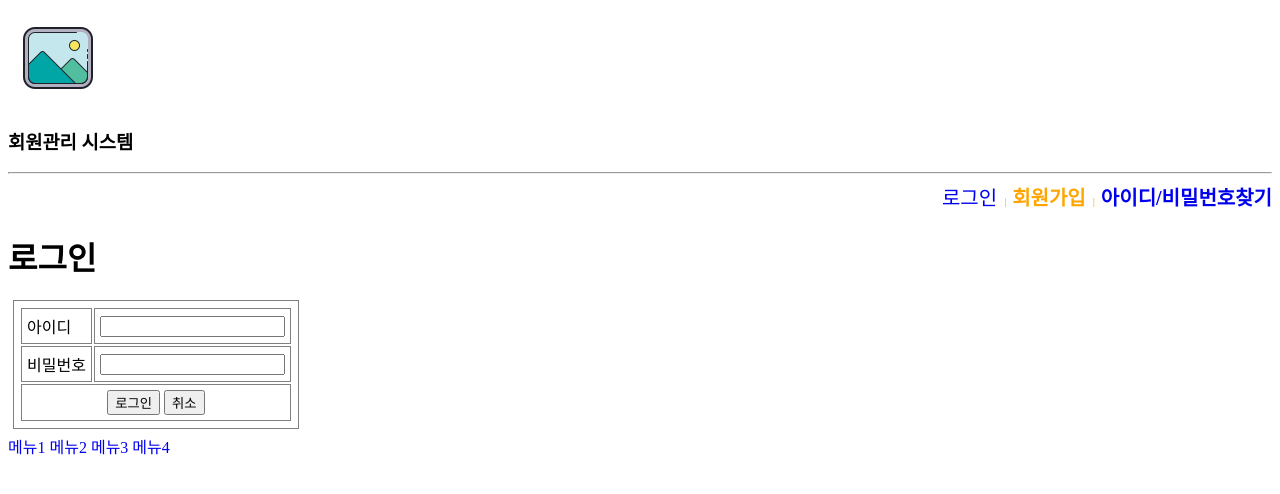
Repository: jelly02/workspace_web
Page: 04.css_basic/src/main/webapp/login.html
These files come from the project's save history. The page is drawn as it stood at one moment and after the next save; the edit follows.
The browser window is 1280 px wide. The pictures show the whole page.
The pointer rests on the first visible `a`.

Above is the page before, as saved 2021-06-28 02:37:24.

After the next save:
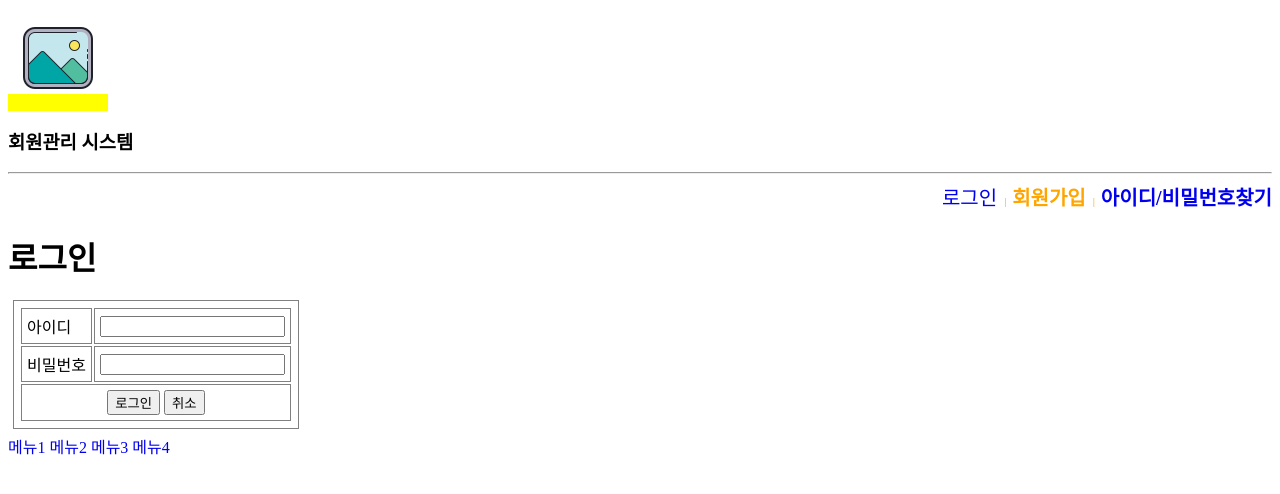
Saved 19 s later.
--- a/04.css_basic/src/main/webapp/login.html
+++ b/04.css_basic/src/main/webapp/login.html
@@ -21,7 +21,7 @@
 			a:link {text-decoration: none;  }
 			a:active{text-decoration: underline; color : red;   }
 			a:visited {text-decoration: none;  color : purple; }
-			a:hover {text-decoration: none;  }
+			a:hover {text-decoration: none;  background-color: yellow; color: red;}
 
 		</style>
 
